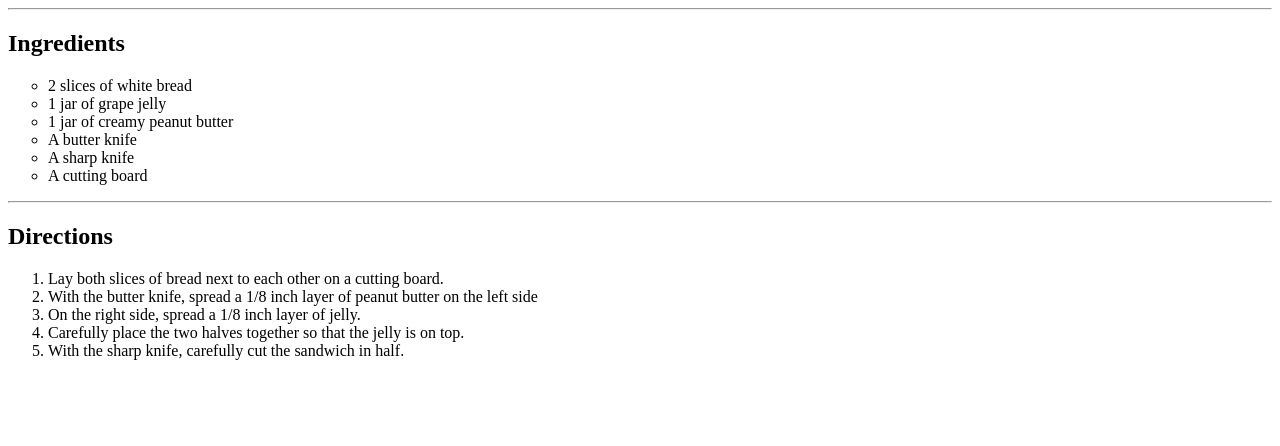
Repository: 9-5-pursuit/lab-intro-to-html
Page: recipe.html
An editor plug-in stored every save of this project. The page is shown before and after the next save, followed by the edit.
The browser window is 1280 px wide. The pictures show the whole page.

Above is the page before, as saved 2023-02-28 08:26:31.

After the next save:
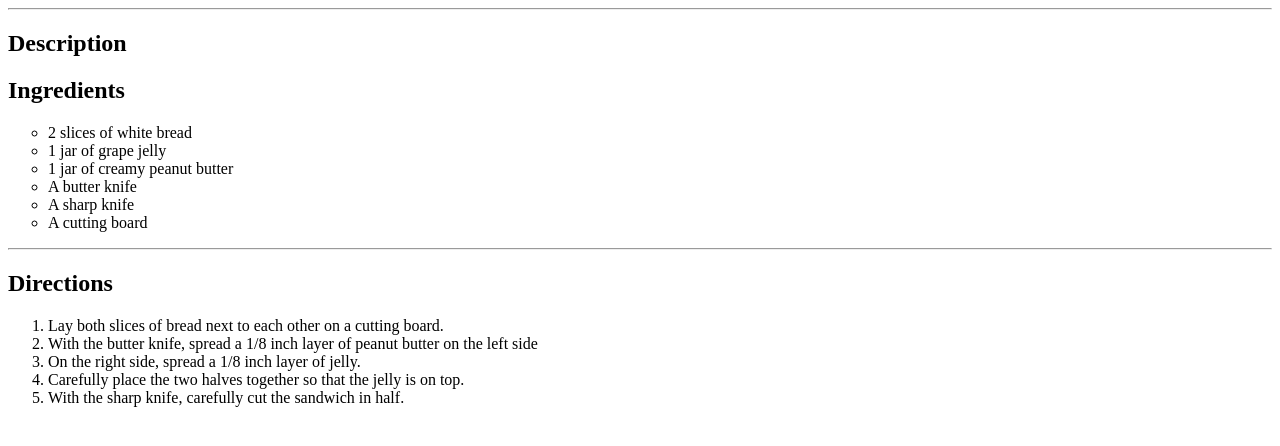
Saved 13 s later.
--- a/recipe.html
+++ b/recipe.html
@@ -11,7 +11,7 @@
       <!-- https://www.seriouseats.com/pbj-a-serious-eats-special-rep -->
       <hr />
     </div>
-    <main> <div><h2></h2></div>
+    <main> <div><h2>Description</h2></div>
       <div>
         <h2>Ingredients</h2>
         <ul type="circle" >
